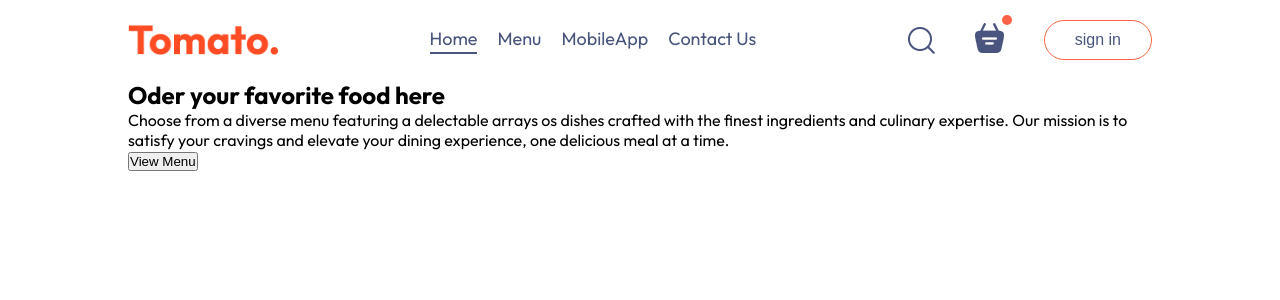
Repository: guilhermecardoso93/tomato-front-end
Page: /
An editor plug-in stored every save of this project. The page is shown before and after the next save, followed by the edit.
The browser window is 1280 px wide. The pictures show the whole page.
The project was rebuilt for these pictures with package versions that can differ from the ones it lists, and the page was loaded fresh each time. Also part of the build but not shown: vite.config.js, src/pages/Cart/styles.css, src/pages/Cart/index.jsx, src/pages/PlaceOrder/styles.css, src/pages/PlaceOrder/index.jsx.

Above is the page before, as saved 2024-10-29 20:21:22.

After the next save:
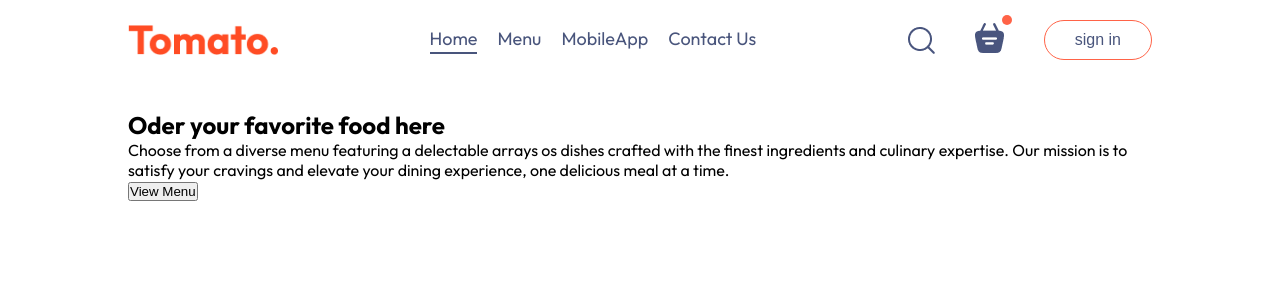
Saved 14 s later.
--- a/src/components/Header/styles.css
+++ b/src/components/Header/styles.css
@@ -1,3 +1,4 @@
 .header {
   height: 34vw;
+  margin: 30px auto;
 }
